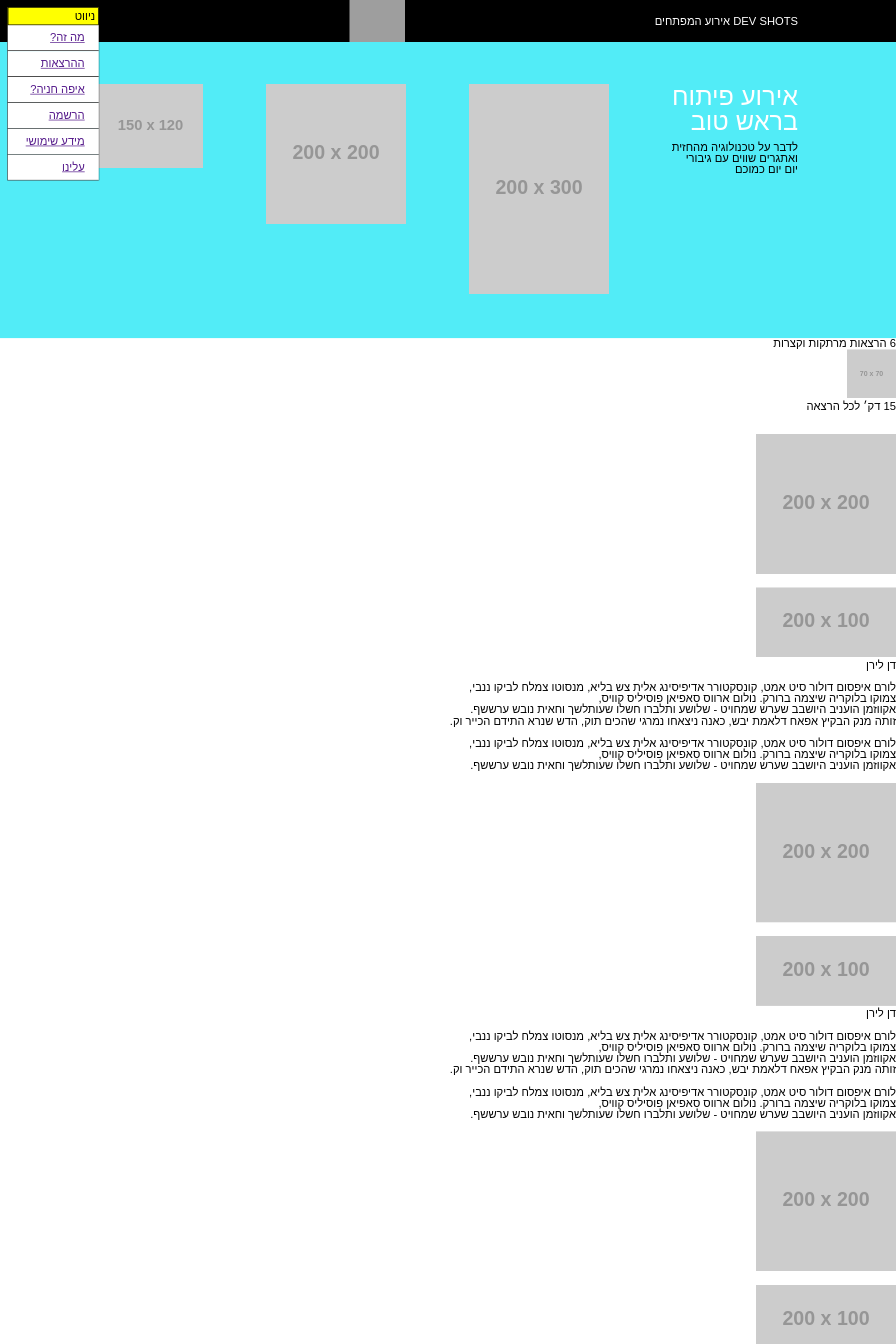
Repository: Julian-Escobar/DevShots
Page: index.html
An editor plug-in stored every save of this project. The page is shown before and after a run of saves, followed by the edit.
The browser window is 1280 px wide. The pictures show the part of the page from y = 0 to 1920 px (the page is 5946 px tall), at 70% of full size.
Pictures or frames that could not be fetched are drawn as grey boxes.

Above is the page before, as saved 2018-08-28 20:39:40.

### index.html
<!DOCTYPE HTML>
<html>
  <head>
      <link rel="stylesheet" href="style.css">
        <style>

                body{
                    text-align: right;
                    direction: rtl;
                }
        </style>
  </head>
  <body>
      <!--header-->

      <section class="conteiner1">
            <header class="wrapper">
          <h2 class="title">   DEV SHOTS אירוע המפתחים  </h2>
          <div> <a> <img class="netcraftlogo" src="https://cdn.dribbble.com/users/277968/screenshots/1639449/netcraftdev_1x.png" alt="netcraft logo"> </a> </div>
          <div > <nav class="dropdownnav">
            <ul class="nav_conteiner">
              <li><div class="navtitle"> <b>ניווט</b></li><li><a class="navlink" href=""> מה
                   זה? </a></li><li><a class="navlink" href=""> ההרצאות

                   </a></li><li><a class="navlink" href=""> איפה
                        חניה? </a></li><li><a class="navlink" href=""> הרשמה

                        </a></li><li><a class="navlink" href=""> מידע
                             שימושי </a></li><li><a class="navlink" href=""> עלינו </a></li>
                                  </ul></nav></div>
       </header> </section>

       <!--section 1-->

       <section class="wrapper2" >
             <div class="container2"> <div class="textcontainer">  <h1 class="secondtitle">אירוע פיתוח<br> בראש טוב</h1>
                     <p> לדבר על טכנולוגיה מהחזית <br>ואתגרים שווים עם גיבורי<br> יום יום כמוכם</p>
                    </div>

          <a class="robot 1"href="https://placeholder.com"><img src="https://via.placeholder.com/200x300" alt="robot1 image"></a>
          <a class="robot 2"href="https://placeholder.com"><img src="https://via.placeholder.com/200x200" alt="robot2 image"></a>
          <a class="robot 3"href="https://placeholder.com"><img src="https://via.placeholder.com/150x120" alt="robot3 image"></a>
             </div> </section>



              <!--section 2 lectures-->

        <section class="section2 conteiner">
                    <h3>6 הרצאות מרתקות וקצרות</h3>
                    <div class="lecture time"> <a class="clock icon"href="https://placeholder.com"><img src="https://via.placeholder.com/70x70"alt="clock icon"> </a>
                    <p>15 דק׳ לכל הרצאה</p></div>
                    <br>
                    <br>

                  <article class="lecture container">
                            <a class="prof picture"href="https://placeholder.com"><img src="https://via.placeholder.com/200x200" alt="lecturer photo"></a>
                             <h3 class="card title">חומריות בעולם הגידיטל</h3>
                             <a class="bubble image"href="https://placeholder.com"><img src="https://via.placeholder.com/200x100"alt="bubble image"></a>
                                <p class="prof name">דן לירן</p> </div>
                                <p class=><br>לורם איפסום דולור סיט אמט, קונסקטורר אדיפיסינג אלית צש בליא, מנסוטו צמלח לביקו ננבי,
                                        <br>צמוקו בלוקריה שיצמה ברורק. נולום ארווס סאפיאן פוסיליס קוויס,
                                        <br>אקווזמן הועניב היושבב שערש שמחויט - שלושע ותלברו חשלו שעותלשך וחאית נובש ערששף.
                                        <br> זותה מנק הבקיץ אפאח דלאמת יבש, כאנה ניצאחו נמרגי שהכים תוק, הדש שנרא התידם הכייר וק.</p>
                                    <p><br>לורם איפסום דולור סיט אמט, קונסקטורר אדיפיסינג אלית צש בליא, מנסוטו צמלח לביקו ננבי,
                                        <br> צמוקו בלוקריה שיצמה ברורק. נולום ארווס סאפיאן פוסיליס קוויס,
                                        <br>  אקווזמן הועניב היושבב שערש שמחויט - שלושע ותלברו חשלו שעותלשך וחאית נובש ערששף. </p>

                 </article>
                 <br>
                 <article class="lecture container">
                        <a class="prof picture"href="https://placeholder.com"><img src="https://via.placeholder.com/200x200"alt="lecturer photo"></a>
                         <h3 class="card title">חומריות בעולם הגידיטל</h3>
                         <a class="bubble image"href="https://placeholder.com"><img src="https://via.placeholder.com/200x100"alt="bubble image"></a>
                            <p class="prof name">דן לירן</p> </div>
                            <p class=><br>לורם איפסום דולור סיט אמט, קונסקטורר אדיפיסינג אלית צש בליא, מנסוטו צמלח לביקו ננבי,
                                    <br>צמוקו בלוקריה שיצמה ברורק. נולום ארווס סאפיאן פוסיליס קוויס,
                                    <br>אקווזמן הועניב היושבב שערש שמחויט - שלושע ותלברו חשלו שעותלשך וחאית נובש ערששף.
                                    <br> זותה מנק הבקיץ אפאח דלאמת יבש, כאנה ניצאחו נמרגי שהכים תוק, הדש שנרא התידם הכייר וק.</p>
                                <p><br>לורם איפסום דולור סיט אמט, קונסקטורר אדיפיסינג אלית צש בליא, מנסוטו צמלח לביקו ננבי,
                                    <br> צמוקו בלוקריה שיצמה ברורק. נולום ארווס סאפיאן פוסיליס קוויס,
                                    <br>  אקווזמן הועניב היושבב שערש שמחויט - שלושע ותלברו חשלו שעותלשך וחאית נובש ערששף. </p>

             </article>

             <br>
             <article class="lecture container">
                    <a class="prof picture"href="https://placeholder.com"><img src="https://via.placeholder.com/200x200"alt="lecturer photo"></a>
                    <h3 class="card title">חומריות בעולם הגידיטל</h3>
                     <a class="bubble image"href="https://placeholder.com"><img src="https://via.placeholder.com/200x100"alt="bubble image"></a>
                        <p class="prof name">דן לירן</p> </div>
                        <p class=><br>לורם איפסום דולור סיט אמט, קונסקטורר אדיפיסינג אלית צש בליא, מנסוטו צמלח לביקו ננבי,
                                <br>צמוקו בלוקריה שיצמה ברורק. נולום ארווס סאפיאן פוסיליס קוויס,
                                <br>אקווזמן הועניב היושבב שערש שמחויט - שלושע ותלברו חשלו שעותלשך וחאית נובש ערששף.
                                <br> זותה מנק הבקיץ אפאח דלאמת יבש, כאנה ניצאחו נמרגי שהכים תוק, הדש שנרא התידם הכייר וק.</p>
                            <p><br>לורם איפסום דולור סיט אמט, קונסקטורר אדיפיסינג אלית צש בליא, מנסוטו צמלח לביקו ננבי,
                                <br> צמוקו בלוקריה שיצמה ברורק. נולום ארווס סאפיאן פוסיליס קוויס,
                                <br>  אקווזמן הועניב היושבב שערש שמחויט - שלושע ותלברו חשלו שעותלשך וחאית נובש ערששף. </p>

         </article>
         <br>

         <article class="lecture container">
                <a class="prof picture"href="https://placeholder.com"><img src="https://via.placeholder.com/200x200"alt="lecturer photo"></a>
                <h3 class="card title">חומריות בעולם הגידיטל</h3>
                <a class="bubble image"href="https://placeholder.com"><img src="https://via.placeholder.com/200x100"alt="bubble image"></a>
                    <p class="prof name">דן לירן</p> </div>
                    <p class=><br>לורם איפסום דולור סיט אמט, קונסקטורר אדיפיסינג אלית צש בליא, מנסוטו צמלח לביקו ננבי,
                            <br>צמוקו בלוקריה שיצמה ברורק. נולום ארווס סאפיאן פוסיליס קוויס,
                            <br>אקווזמן הועניב היושבב שערש שמחויט - שלושע ותלברו חשלו שעותלשך וחאית נובש ערששף.
                            <br> זותה מנק הבקיץ אפאח דלאמת יבש, כאנה ניצאחו נמרגי שהכים תוק, הדש שנרא התידם הכייר וק.</p>
                        <p><br>לורם איפסום דולור סיט אמט, קונסקטורר אדיפיסינג אלית צש בליא, מנסוטו צמלח לביקו ננבי,
                            <br> צמוקו בלוקריה שיצמה ברורק. נולום ארווס סאפיאן פוסיליס קוויס,
                            <br>  אקווזמן הועניב היושבב שערש שמחויט - שלושע ותלברו חשלו שעותלשך וחאית נובש ערששף. </p>

     </article>
     <br>

     <article class="lecture container">
            <a class="prof picture"href="https://placeholder.com"><img src="https://via.placeholder.com/200x200"alt="lecturer photo"></a>
             <h3 class="card title">חומריות בעולם הגידיטל</h3>
             <a class="bubble image"href="https://placeholder.com"><img src="https://via.placeholder.com/200x100"alt="bubble image"></a>
                <p class="prof name">דן לירן</p> </div>
                <p class=><br>לורם איפסום דולור סיט אמט, קונסקטורר אדיפיסינג אלית צש בליא, מנסוטו צמלח לביקו ננבי,
                        <br>צמוקו בלוקריה שיצמה ברורק. נולום ארווס סאפיאן פוסיליס קוויס,
                        <br>אקווזמן הועניב היושבב שערש שמחויט - שלושע ותלברו חשלו שעותלשך וחאית נובש ערששף.
                        <br> זותה מנק הבקיץ אפאח דלאמת יבש, כאנה ניצאחו נמרגי שהכים תוק, הדש שנרא התידם הכייר וק.</p>
                    <p><br>לורם איפסום דולור סיט אמט, קונסקטורר אדיפיסינג אלית צש בליא, מנסוטו צמלח לביקו ננבי,
                        <br> צמוקו בלוקריה שיצמה ברורק. נולום ארווס סאפיאן פוסיליס קוויס,
                        <br>  אקווזמן הועניב היושבב שערש שמחויט - שלושע ותלברו חשלו שעותלשך וחאית נובש ערששף. </p>

 </article>

 <br>
 <article class="lecture container">
        <a class="prof picture"href="https://placeholder.com"><img src="https://via.placeholder.com/200x200"alt="lecturer photo"></a>
         <h3 class="card title">חומריות בעולם הגידיטל</h3>
         <a class="bubble image"href="https://placeholder.com"><img src="https://via.placeholder.com/200x100"alt="bubble image"></a>
            <p class="prof name">דן לירן</p> </div>
            <p class=><br>לורם איפסום דולור סיט אמט, קונסקטורר אדיפיסינג אלית צש בליא, מנסוטו צמלח לביקו ננבי,
                    <br>צמוקו בלוקריה שיצמה ברורק. נולום ארווס סאפיאן פוסיליס קוויס,
                    <br>אקווזמן הועניב היושבב שערש שמחויט - שלושע ותלברו חשלו שעותלשך וחאית נובש ערששף.
                    <br> זותה מנק הבקיץ אפאח דלאמת יבש, כאנה ניצאחו נמרגי שהכים תוק, הדש שנרא התידם הכייר וק.</p>
                <p><br>לורם איפסום דולור סיט אמט, קונסקטורר אדיפיסינג אלית צש בליא, מנסוטו צמלח לביקו ננבי,
                    <br> צמוקו בלוקריה שיצמה ברורק. נולום ארווס סאפיאן פוסיליס קוויס,
                    <br>  אקווזמן הועניב היושבב שערש שמחויט - שלושע ותלברו חשלו שעותלשך וחאית נובש ערששף. </p>
</article>
<div> <a class="robot4"> <img src="https://via.placeholder.com/70x70"alt="robot4 image"> </a></div>
</section>


<!--section 3 directions-->

<section>
    <article>
    <h4> אז איפה שמים את האוטו?</h4>
    <p>ועוד כמה פרטים חשובים...</p>
    <p> הערב יערך במועדון הסבל</p>
    <address> דרך שלומו 53, תל אביב</address>
 <div class="buses container">
       <hr class=line1>
       <p>מתכנסים בשעה</p>
       <p><big> 18:30 </big></p>
       <hr class=line1>
       <dl>
            <dt>חניה</dt>
              <hr class=line1>
              <dd>1. חניון אלי פלט</dd>
              <dd>2. רחוב אלפסי</dd>
              <dd>3. רחוב חיים בן אתר</dd>
       </dl>
 </div>

 <div class="buses container">
                <hr class=line1>
                <p>מתחילים בשעה:</p>
                <p><big> 19:00 </big></p>
                <hr class=line1>
                <dl>

                     <dt>אוטובוסים</dt>
                       <hr class=line1>
                       <dd>1. רכבת מרכז - 142,42</dd>
                       <dd>2. תחנה מרכזית - 163, 201, 96</dd>
                </dl>
 </div>
 <div class="map">
        <a class="map"> <img src="https://via.placeholder.com/400x400" alt="map image"> </a></div>
        <a class="lupa"> <img src="https://via.placeholder.com/15x15" alt="lupa icon"> </a></div>
        <a href="url">למפה המלאה</a>
</div> </article> </section>
<br>

<!--section 4 contact-->
<h5> הרשמה </h5>
<p>הכניסה היא בחינם אבל מספר המקומות מצומצם.</p>
<p> הערב יערך במועדון הסבנשמח אם תרשמו רק אם אתם מתכוונים להגיע- כדי שלא נסרב למישהו אחר</p>
<hr class=line3>
<p>כל הפרטים אישיים ישארו חסומים ולא נעביא אותם לאף אחד</p>
<hr class=line3>
<br>
<br>

<form action="" method="post">
    <div>
        <label for="name">שם מלא</label>
        <input type="text" placeholder="פרטי וגם משפחה" id="name" name="user_name">
    </div>
    <div>
        <label for="position">תפקיד</label>
        <input  type="position" placeholder="מה אתם עושים ביום יום" id="position" name="user_position">
    </div>
    <div>
            <label for="organization">ארגון</label>
            <input  type="organization" placeholder="מי משלם לכם משכורת" id="organization" name="user_organization">
        </div>
    <div>
            <label for="phone">מספר טלפון</label>
            <input  type="phone" placeholder="או סלולרי, לנו זה לא איכפת" id="phone" name="user_phone">
        </div>
        <div>
                <label for="friends">יש חברים?</label>
                <input  type="friends" placeholder="יש מלא אבל אני בא לבד" id="friends" name="user_friends">
            </div>
            <button name="button">זהו שלח אותי</button>
    </form>
    <br>

<!--section 5 Useful information-->

<section>
    <h6><big>מידע שימושי</big></h6>

    <article> <div class="card2"> <a class="card2 image"> <img src="https://via.placeholder.com/100x100"alt="card image"></a><h3 class="car2 title">קונסקטורר אדיפיסינג אלית</h3>
        <p class="p card2">לורם איפסום דולור סיט אמט, קונסקטורר אדיפיסינג אלית נולום ארווס סאפיאן - פוסיליס קוויס, אקווזמן קולורס מונפרד אדנדום סילקוף, מרגשי ומרגשח</p>
    </div></article>

    <article> <div class="card2"> <a class="card2 image"> <img src="https://via.placeholder.com/100x100"alt="card image"></a><h3 class="car2 title">קונסקטורר אדיפיסינג אלית</h3>
        <p class="p card2">לורם איפסום דולור סיט אמט, קונסקטורר אדיפיסינג אלית נולום ארווס סאפיאן - פוסיליס קוויס, אקווזמן קולורס מונפרד אדנדום סילקוף, מרגשי ומרגשח</p>
    </div></article>

    <article> <div class="card2"> <a class="card2 image"> <img src="https://via.placeholder.com/100x100"alt="card image"></a><h3 class="car2 title">קונסקטורר אדיפיסינג אלית</h3>
        <p class="p card2">לורם איפסום דולור סיט אמט, קונסקטורר אדיפיסינג אלית נולום ארווס סאפיאן - פוסיליס קוויס, אקווזמן קולורס מונפרד אדנדום סילקוף, מרגשי ומרגשח</p>
    </div></article>

    <article> <div class="card2"> <a class="card2 image"> <img src="https://via.placeholder.com/100x100"alt="card image"></a><h3 class="car2 title">קונסקטורר אדיפיסינג אלית</h3>
        <p class="p card2">לורם איפסום דולור סיט אמט, קונסקטורר אדיפיסינג אלית נולום ארווס סאפיאן - פוסיליס קוויס, אקווזמן קולורס מונפרד אדנדום סילקוף, מרגשי ומרגשח</p>
    </div></article>

    <article> <div class="card2"> <a class="card2 image"> <img src="https://via.placeholder.com/100x100"alt="card image"></a><h3 class="car2 title">קונסקטורר אדיפיסינג אלית</h3>
        <p class="p card2">לורם איפסום דולור סיט אמט, קונסקטורר אדיפיסינג אלית נולום ארווס סאפיאן - פוסיליס קוויס, אקווזמן קולורס מונפרד אדנדום סילקוף, מרגשי ומרגשח</p>
    </div></article>

    <article> <div class="card2"> <a class="card2 image"> <img src="https://via.placeholder.com/100x100"alt="card image"></a><h3 class="car2 title">קונסקטורר אדיפיסינג אלית</h3>
        <p class="p card2">לורם איפסום דולור סיט אמט, קונסקטורר אדיפיסינג אלית נולום ארווס סאפיאן - פוסיליס קוויס, אקווזמן קולורס מונפרד אדנדום סילקוף, מרגשי ומרגשח</p>
    </div></article>

    <a class="bottom robot"> <img src="https://via.placeholder.com/200x100"></a>
</section>

<!--section 6 footer-->
<section>
    <div class="footer div"><H3 class="footer title"> קצת עלינו</H3></div>
            <sec> <div class="footer components"> <a class="netcraft logo"> <img src="https://via.placeholder.com/100x30"alt="net craft logo"></a> </div>
            <div class="footer components"><p><b><big> נטפרפט </big></b>ורם איפסום דולור סיט אמט, קונסקטורר אדיפיסינג אלית נולום ארווס סאפיאן - פוסיליס קוויס, אקווזמן קולורס מונפרד אדנדום סילקוף, מרגשי ומרגשח. עמחליף גולר מונפרר סוברט</p></div>
            <div class="footer components"> <a class="logo"> <img src="https://via.placeholder.com/30x30"></a> <p>לורם איפסום דולור סיט אמט</p> </div>
            <div class="footer components"> <a class="logo"> <img src="https://via.placeholder.com/30x30"></a> <p>לורם איפסום דולור סיט אמט</p> </div>
            <div class="footer components"> <a class="logo"> <img src="https://via.placeholder.com/30x30"></a> <p>לורם איפסום דולור סיט אמט</p> </div>
            <div class="footer components"> <a class="logo"> <img src="https://via.placeholder.com/30x30"></a> <p>לורם איפסום דולור סיט אמט</p> </div>

            <div class="footer detail"> <p> איפסום דולור סיט אמט | איפסום דולור סיט אמט | איפסום דולור סיט אמט | some info@here </p> <a class="logo netcraft small"> <img src="https://via.placeholder.com/30x12"alt="netcraft logo"></a>  </div></sec>
</section>

  </body>
</html>

### style.css
/* http://meyerweb.com/eric/tools/css/reset/
   v2.0 | 20110126
   License: none (public domain)
*/

html, body, div, span, applet, object, iframe,
h1, h2, h3, h4, h5, h6, p, blockquote, pre,
a, abbr, acronym, address, big, cite, code,
del, dfn, em, img, ins, kbd, q, s, samp,
small, strike, strong, sub, sup, tt, var,
b, u, i, center,
dl, dt, dd, ol, ul, li,
fieldset, form, label, legend,
table, caption, tbody, tfoot, thead, tr, th, td,
article, aside, canvas, details, embed,
figure, figcaption, footer, header, hgroup,
menu, nav, output, ruby, section, summary,
time, mark, audio, video {
	margin: 0;
	padding: 0;
	border: 0;
	font-size: 100%;
	font: inherit;
	vertical-align: baseline;
}
/* HTML5 display-role reset for older browsers */
article, aside, details, figcaption, figure,
footer, header, hgroup, menu, nav, section {
	display: block;
}
body {
	line-height: 1;
}
ol, ul {
	list-style: none;
}
blockquote, q {
	quotes: none;
}
blockquote:before, blockquote:after,
q:before, q:after {
	content: '';
	content: none;
}
table {
	border-collapse: collapse;
	border-spacing: 0;
}



@font-face {
    font-family: 'Rubik', sans-serif;
    src: url("hhttps://fonts.googleapis.com/css?family=Rubik" );
}

body{
    font-family: 'Rubik', sans-serif;
    margin: 0 auto;

}

/**** header ****/

.conteiner1{
    width: 100%;
    display: flex;
    justify-content: space-between;
    align-content: center;
    height: 60px;
    background-color: black;
    margin: 0;
}


header {
    background-color: black;
    width: 1000px;
    display: flex;
    justify-content: space-between;
    align-content: center;
    margin: 0 auto;
    padding: 0 auto;
}


.title {
    font-weight: 100;
    color: white;
    align-self: center;
}
.netcraftlogo {
    height:60px;
    align-self: center;

    }

    .navtitle {
        background-color: yellow;
        padding: 4px;
        border: 1px solid black
    }


    .dropdownnav {
        border: 1px solid black;
        float: right;
    }

    .nav_conteiner {
        position: fixed;
        top: 0;
        left: 0;
        width: 130px;
        border-left: 1px solid black;
        border-right: 1px solid black;
        margin: 10px;


    }

    .navlink {
        background-color: white;
        border-bottom: 1px solid black;
        align-self: right;
        display: block;
        position: relative;
        padding-top: 10px;
        padding-bottom: 10px;
        padding-left: 20px;
        padding-right: 20px;
   }

   /**** header ****/

   /**** section1r ****/

   .wrapper2 {
    width: 100%;
    display: flex;
    justify-content: space-between;
    align-content: center;
    height: 100%;
    background-color: rgb(82, 236, 247);
    margin: 0%;
    padding-top: 60px;
    padding-bottom: 60px;
}

.container2 {
    width: 1000px;
    display: flex;
    justify-content: space-between;
    align-content: center;
    margin: 0 auto;
    padding: 0 auto;
}

h1{
    font-size: 36px;
     color: white;
     padding-bottom: 10px;
}

After the next 2 saves:
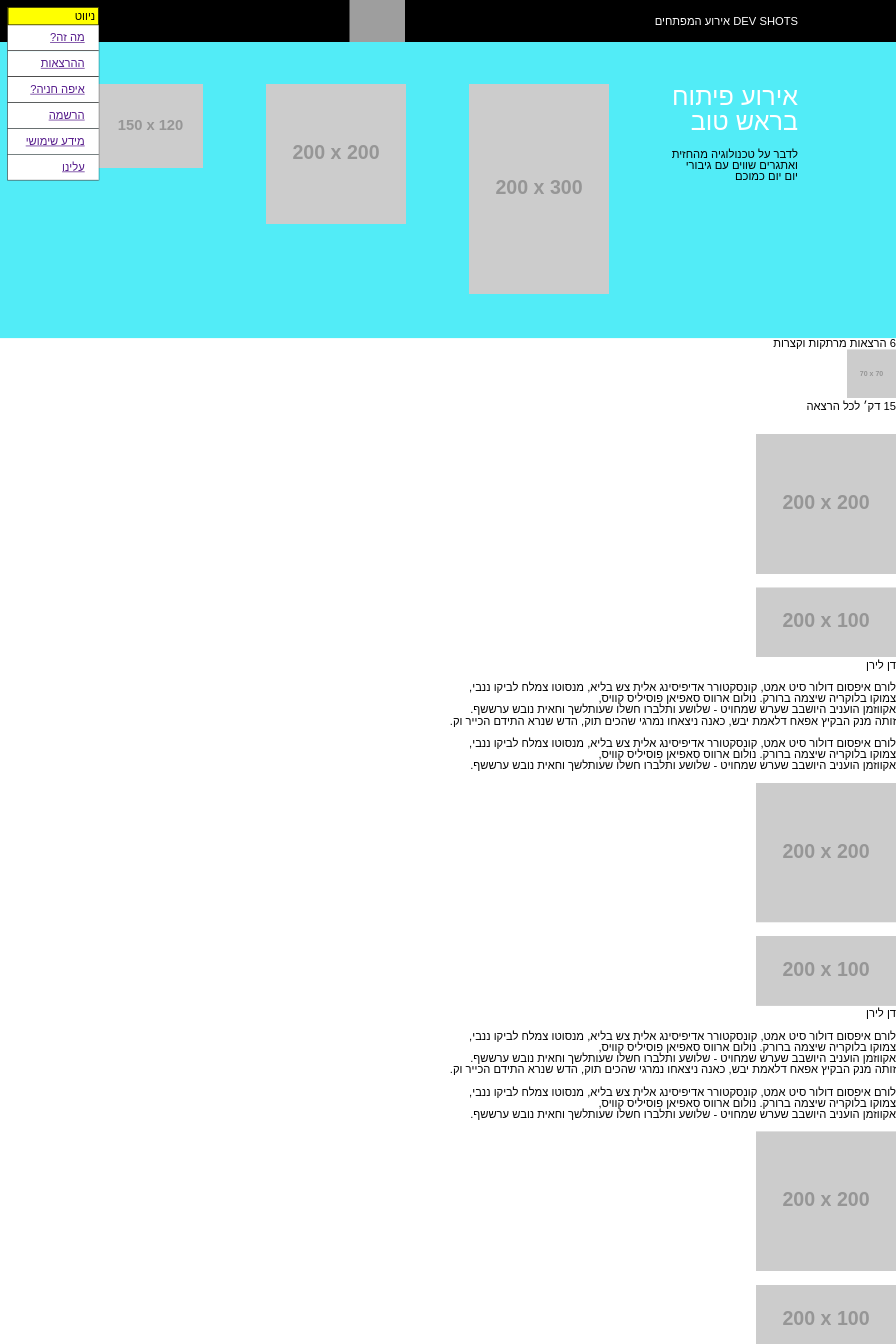
The 2 saves are shown as one change because they came seconds apart.
The last was saved 12 s later.
--- a/style.css
+++ b/style.css
@@ -159,5 +159,5 @@ header {
 h1{
     font-size: 36px;
      color: white;
-     padding-bottom: 10px;
+     padding-bottom: 20px;
 }
